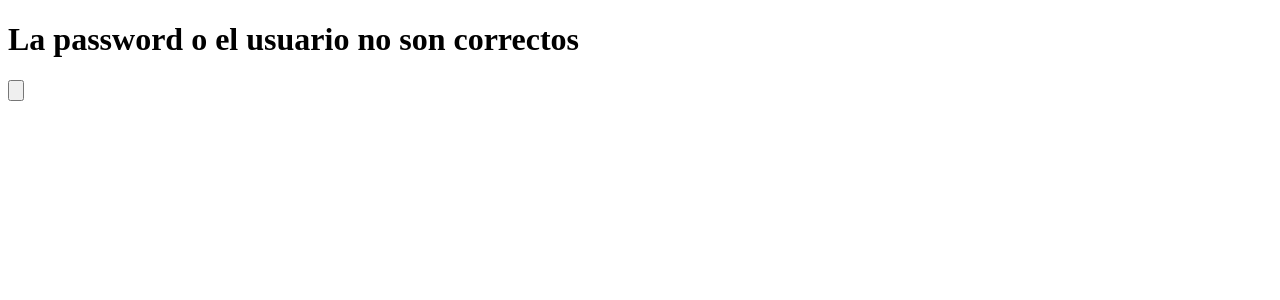
Repository: DGM140775/nocionesJava
Page: 05_Web/WebContent/error.html
An editor plug-in stored every save of this project. The page is shown before and after the next save, followed by the edit.
The browser window is 1280 px wide. The pictures show the whole page.

Above is the page before, as saved 2019-04-25 09:58:43.

### 05_Web/WebContent/error.html
<!DOCTYPE html>
<html>
<head>
<meta charset="UTF-8">
<title>Insert title here</title>
</head>
<body>
	<h1>La password o el usuario no son correctos</h1>
	<input type="button" name="Volver" onclick="Inicio.html">
</body>
</html>

After the next save:
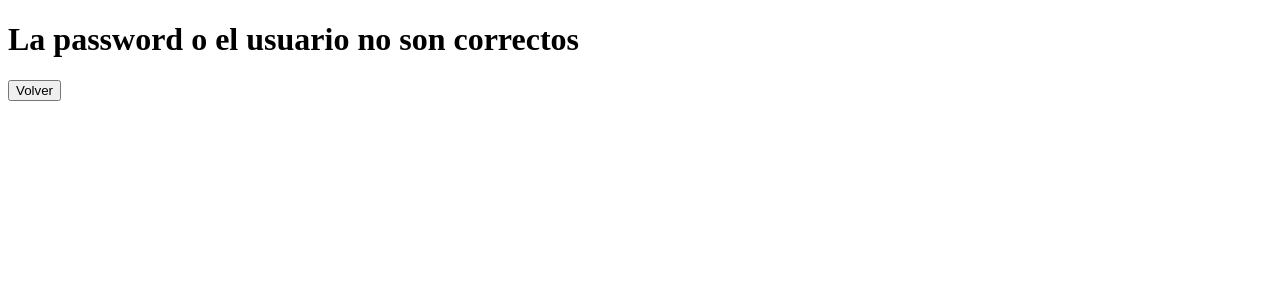
Saved 102 s later.
--- a/05_Web/WebContent/error.html
+++ b/05_Web/WebContent/error.html
@@ -6,6 +6,6 @@
 </head>
 <body>
 	<h1>La password o el usuario no son correctos</h1>
-	<input type="button" name="Volver" onclick="Inicio.html">
+	<input type="button" name="Volver" Value="Volver" onclick="history.back()">
 </body>
 </html>
